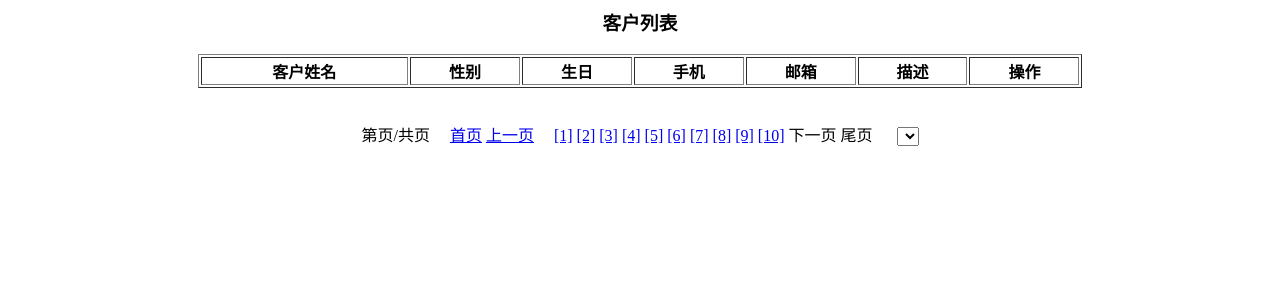
Repository: Stephen-You/JDBC
Page: http://localhost/customer/list.jsp
These files come from the project's save history. The page is drawn as it stood at one moment and after the next save; the edit follows.
The browser window is 1280 px wide. The pictures show the whole page.
The page is served by Tomcat 9. Other server files are loaded and not shown. The template is opened directly, without the code that normally fills it, so the values that code supplies are empty.

Above is the page before, as saved 2017-07-09 16:49:32.

### customer/WebContent/list.jsp
<%@ page language="java" import="java.util.*" pageEncoding="UTF-8"%>
<%@ taglib prefix="c" uri="http://java.sun.com/jsp/jstl/core" %>


<!DOCTYPE HTML PUBLIC "-//W3C//DTD HTML 4.01 Transitional//EN">
<html>
  <head>
    <title>客户列表</title>

	<meta http-equiv="pragma" content="no-cache">
	<meta http-equiv="cache-control" content="no-cache">
	<meta http-equiv="expires" content="0">
	<meta http-equiv="keywords" content="keyword1,keyword2,keyword3">
	<meta http-equiv="description" content="This is my page">
	<!--
	<link rel="stylesheet" type="text/css" href="styles.css">
	-->

  </head>

  <body>
<h3 align="center">客户列表</h3>
<table border="1" width="70%" align="center">
	<tr>
		<th>客户姓名</th>
		<th>性别</th>
		<th>生日</th>
		<th>手机</th>
		<th>邮箱</th>
		<th>描述</th>
		<th>操作</th>
	</tr>
<%-- <c:forEach items="${requestScope.cstmList}" var="cstm"> --%>
<c:forEach items="${pb.beans}" var="cstm">
	<tr>
		<td>${cstm.cname }</td>
		<td>${cstm.gender }</td>
		<td>${cstm.birthday }</td>
		<td>${cstm.cellphone }</td>
		<td>${cstm.email }</td>
		<td>${cstm.description }</td>
		<td>
			<a href="<c:url value='/CustomerServlet?method=load&cid=${cstm.cid }'/>">编辑</a>
			<a href="<c:url value='/CustomerServlet?method=delete&cid=${cstm.cid }'/>">删除</a>
		</td>
	</tr>
</c:forEach>
</table>
</br>
<!--分页操作,单独放在一个jsp上  -->
<%@include file="/pb.jsp" %>
  </body>
</html>

### customer/WebContent/pb.jsp
<%@ page language="java" import="java.util.*" pageEncoding="UTF-8"%>
<%@ taglib prefix="c" uri="http://java.sun.com/jsp/jstl/core" %>


<p style="text-align: center;">
第${pb.cp }页/共${pb.tp }页
<c:choose>
	<c:when test="${pb.cp eq 1 }">首页</c:when>
	<c:otherwise><a href="${pb.url}&cp=1">首页</a></c:otherwise>
</c:choose>

<c:choose>
	<c:when test="${pb.cp eq 1 }">上一页</c:when>
	<c:otherwise><a href="${pb.url}&cp=${pb.cp-1 }">上一页</a>　</c:otherwise>
</c:choose>





<%-----页面列表 --%>
<%--
    > 总页数<=10：begin=1, end=tp
    > begin=cp-4, end=cp+5
    > 头溢出：if(begin < 1) begin=1, end=10
    > 尾溢出：if(end > tp) end=tp, begin=tp-9
 --%>
<%-----页面列表 --%>

<c:choose>
	<c:when test="${pb.tp <= 10 }"><%--总页数<=10：begin=1, end=tp --%>
		<c:set var="begin" value="1"/>
		<c:set var="end" value="${pb.tp }"/>
	</c:when>
	<c:otherwise>
		<%-- begin=cp-4, end=cp+5 --%>
		<c:set var="begin" value="${pb.cp-4 }"/>
		<c:set var="end" value="${pb.cp+5 }"/>
		<c:if test="${begin < 1 }"><%--头溢出：if(begin < 1) begin=1, end=10 --%>
			<c:set var="begin" value="1"/>
			<c:set var="end" value="10"/>
		</c:if>
		<c:if test="${end > pb.tp }"><%-- 尾溢出：if(end > tp) end=tp, begin=tp-9 --%>
			<c:set var="begin" value="${pb.tp-9 }"/>
			<c:set var="end" value="${pb.tp }"/>
		</c:if>
	</c:otherwise>
</c:choose>

<c:forEach var="i" begin="${begin }" end="${end }">
  <c:choose>
  	<c:when test="${i eq pb.cp }">[${i}]</c:when>
  	<c:otherwise>
  		<a href="${pb.url}&cp=${i}">[${i}]</a>
  	</c:otherwise>
  </c:choose>
</c:forEach>



<c:choose>
	<c:when test="${pb.cp eq pb.tp }">下一页</c:when>
	<c:otherwise><a href="${pb.url}&cp=${pb.cp+1 }">下一页</a>　</c:otherwise>
</c:choose>
<c:choose>
	<c:when test="${pb.cp eq pb.tp }">尾页</c:when>
	<c:otherwise><a href="${pb.url}&cp=${pb.tp}">尾页</a>　</c:otherwise>
</c:choose>

<select name="cp">
<c:forEach begin="1" end="${pb.tp }" var="i">
 <option value="${i }" <c:if test="${i eq pb.cp }">selected="selected"</c:if>>${i }</option>
</c:forEach>
</select>
</p>

After the next save:
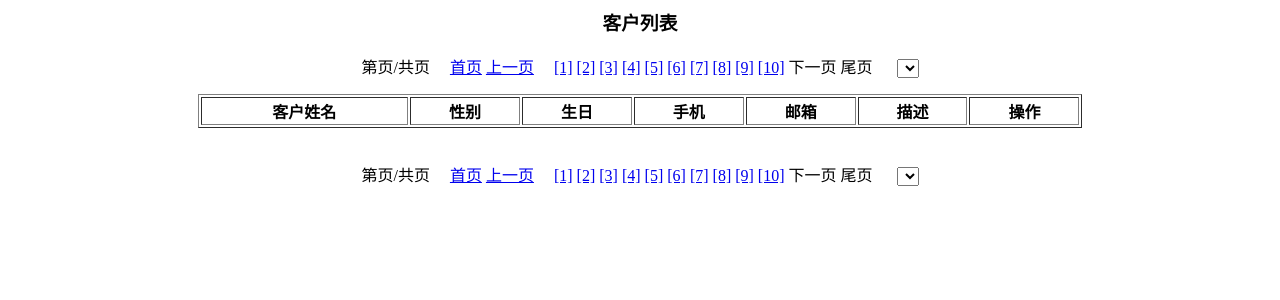
Saved 21 s later.
--- a/customer/WebContent/list.jsp
+++ b/customer/WebContent/list.jsp
@@ -20,6 +20,7 @@
 
   <body>
 <h3 align="center">客户列表</h3>
+<%@include file="/pb.jsp" %>
 <table border="1" width="70%" align="center">
 	<tr>
 		<th>客户姓名</th>
